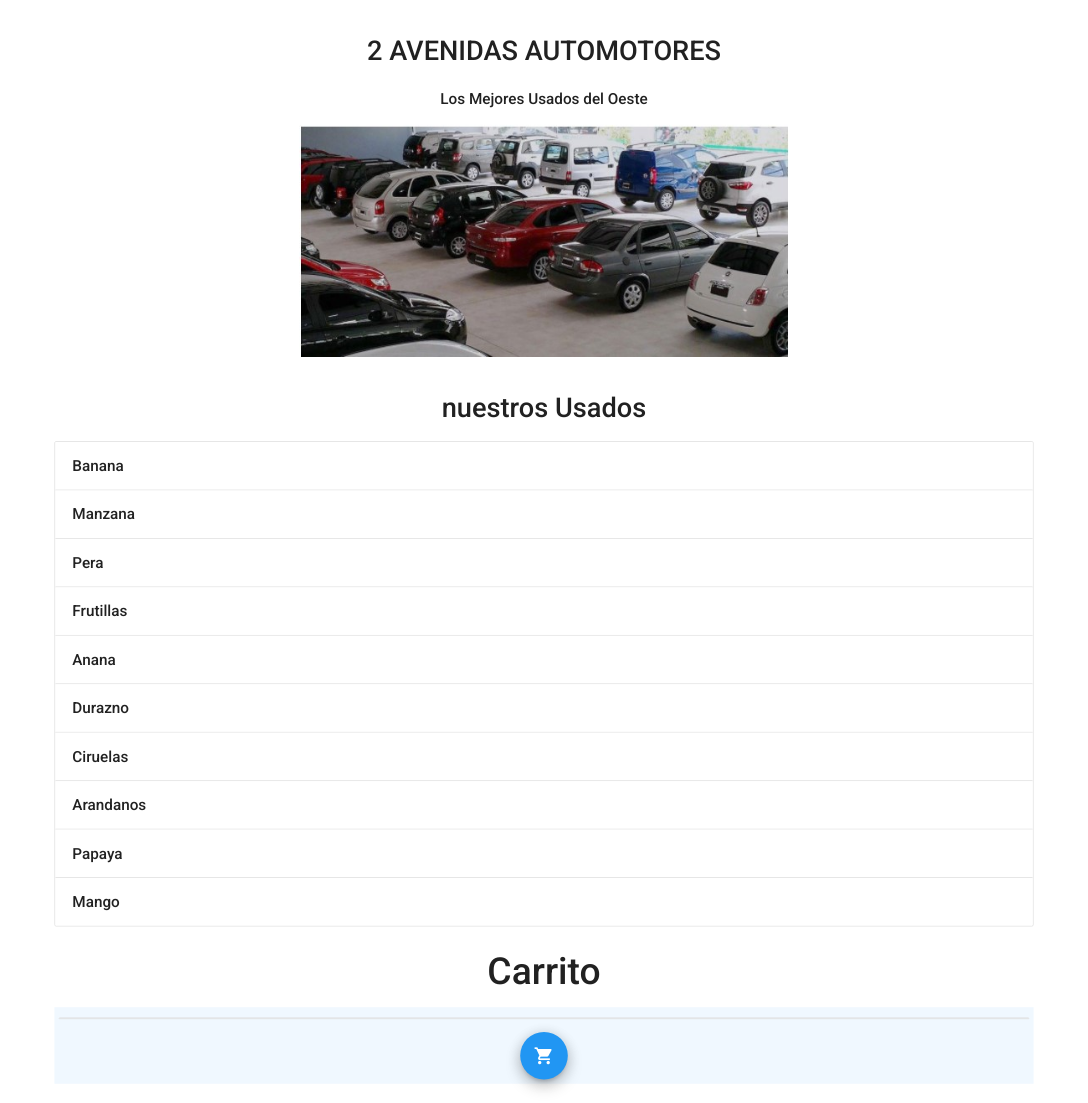
Repository: gadiazsaavedra/SimuladorInteractiv-14-03
Page: index.html
These files come from the project's save history. The page is drawn as it stood at one moment and after the next save; the edit follows.
The browser window is 1280 px wide. The pictures show the whole page, at 85% of full size.

Above is the page before, as saved 2022-03-14 22:44:02.

### index.html
<!DOCTYPE html>
<html lang="es">
    <head>
        <meta charset="UTF-8">
        <title>Acceso al DOM</title>
        <meta http-equiv="X-UA-Compatible" content="IE=edge">
        <meta name="viewport" content="width=device-width, initial-scale=1.0">
        <link rel="stylesheet" href="https://cdnjs.cloudflare.com/ajax/libs/materialize/1.0.0/css/materialize.min.css">
        <script src="https://cdnjs.cloudflare.com/ajax/libs/materialize/1.0.0/js/materialize.min.js"></script>
        <link href="https://fonts.googleapis.com/icon?family=Material+Icons" rel="stylesheet">
        <link rel="stylesheet" href="css/styles.css">
        <script defer src="js/variables.js"></script>
        <script defer src="js/main.js"></script>
    </head>
    <body>
        <div class="center">
            <h1 id="titulo"></h1>
            <p id="slogan"></p>
            <img class="responsive-img" src="images/logo.jpg" width="50%" >
        </div>
        <div>
            <h2 class="center">nuestros Usados</h2>
            <ul class="collection" id="listadoFrutas">

            </ul>
        </div>
        <div class="center">
            <h3>Carrito</h3>
        </div>
        <div class="color-carrito carrito center">
            <ul class="collection" id="listadoCarrito">

            </ul>
            <a class="btn-floating btn-large blue white-text
                     z-depth-3 waves-effect waves-light" href="checkout.html">
                <i class="material-icons">shopping_cart</i>
            </a>
        </div>
        <br>
    </body>
</html>

### css/styles.css
@import url('https://fonts.googleapis.com/css2?family=Roboto:ital,wght@0,100;0,300;0,500;0,700;1,100;1,300;1,500;1,700&display=swap');

div, form {
    font-family: 'Roboto', Arial, Helvetica, sans-serif;
    margin-left: 5%;
    margin-right: 5%;
}

form {
    padding: 2em;
}

.color-formulario {
    background-color: whitesmoke;
}

h1, h2 {
    font-size: xx-large;
}

p, li {
    font-size: 1.2em;
}

.collection-item {
    line-height: 2em !important;
}

.color-carrito {
    background-color: aliceblue;
}

.carrito {
    border-color: whitesmoke;
    padding: 5px;
}

.italica-carrito {
    font-style: italic;
}

.fondo-inputs {
    background-color: aquamarine !important;
}

### js/variables.js
// const productos = ['Motherboard ATX Intel', 'Memoria RAM 4 GB DDR3', 'Hard Disk 80 GB SEAGATE', 'Monitor Viewsonic .31', 'Case Babytower', 'Fuente 100~240 ATX 5 AMP']
const productos = ['Banana', 'Manzana', 'Pera', 'Frutillas', 'Anana', 'Durazno', 'Ciruelas', 'Arandanos', 'Papaya', 'Mango']
const carrito = []

const titulo = document.getElementById("titulo")
const slogan = document.getElementById("slogan")

const ul = document.getElementById("listadoFrutas") //Dentro de este nodo, cargaré los <li> con los productos
const listadoCarrito = document.getElementById("listadoCarrito") //En este otro, los productos a comprar

### js/main.js
titulo.innerText = "2 AVENIDAS AUTOMOTORES"
slogan.innerText = "Los Mejores Usados del Oeste"
// titulo.innerText = "HARDWAREVINTAGE.COM"
// slogan.innerText = "Tu Ecommerce favorito de repuestos informáticos out-of-stock"

const cargarProductos = ()=> { //Usen el DEBUGGER para seguir el código paso a paso
    for (fruta of productos) {
        const liProductos = document.createElement("li")
                liProductos.className = "collection-item"
                liProductos.innerText = fruta
                liProductos.setAttribute("onclick", `agregarAlCarrito('${fruta}')`)
                ul.append(liProductos)
            }
}

// SI QUEREMOS CREAR LOS ELEMENTOS HTML DE FORMA DINAMICA
const agregarAlCarrito = (prod)=> { //Usen el DEBUGGER para seguir el código paso a paso
    if (prod > "") {
        const id = prod + "enCarrito" //ID dinámico, para operar desde JS
        const liCarrito = document.createElement("li")
              liCarrito.className = "collection-item italica-carrito"
              liCarrito.innerText = prod
              liCarrito.id = id //ID dinámico
              liCarrito.setAttribute("ondblclick", `eliminarDelCarrito('${id}')`)
              listadoCarrito.append(liCarrito)
    }
}

//Para crear la opción de eliminar del carrito, debemos generar un ID dinámico
//al momento de crear un <li> por cada producto agregado al Carrito.
const eliminarDelCarrito = (productoID)=> { //Usen el DEBUGGER para seguir el código paso a paso
    if (confirm("¿Desea eliminar el producto del carrito?")) {
        const itemAeliminar = document.getElementById(productoID)
              itemAeliminar.remove()
              return
    }
}

//CARGAR LISTADO DE PRODUCTOS AL INGRESAR A LA PÁGINA
cargarProductos()

After the next save:
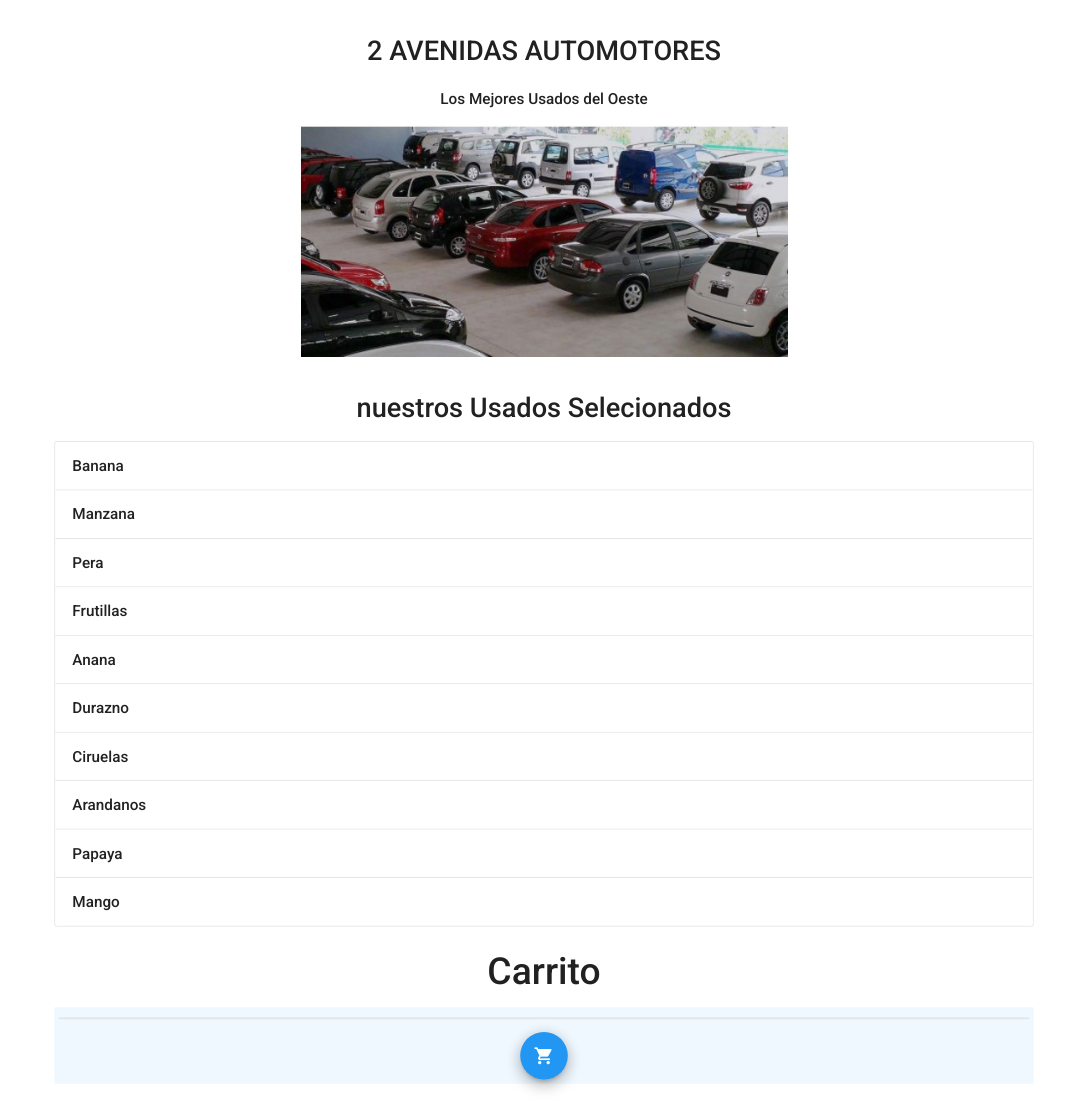
Saved 5 s later.
--- a/index.html
+++ b/index.html
@@ -19,7 +19,7 @@
             <img class="responsive-img" src="images/logo.jpg" width="50%" >
         </div>
         <div>
-            <h2 class="center">nuestros Usados</h2>
+            <h2 class="center">nuestros Usados Selecionados</h2>
             <ul class="collection" id="listadoFrutas">
 
             </ul>
